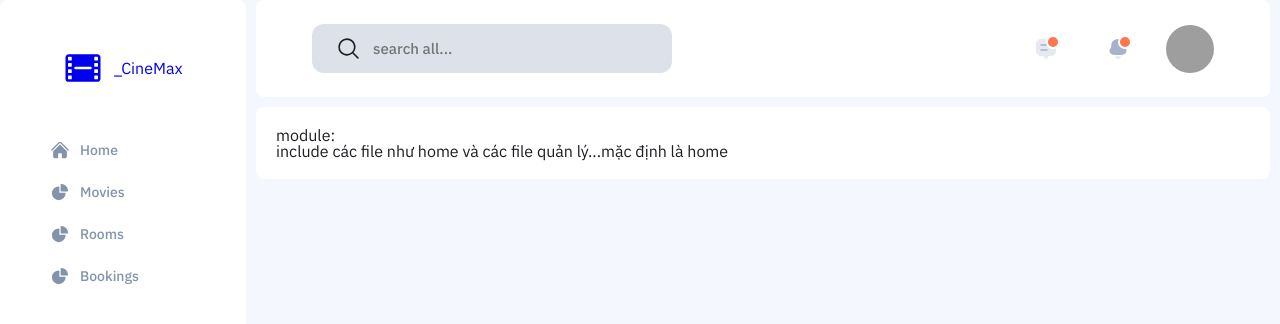
Repository: tdthinhtran961/DoAnCineMax
Page: http://localhost/admin/index.php?act=movies
These files come from the project's save history. The page is drawn as it stood at one moment and after a run of saves; the edit follows.
The browser window is 1280 px wide. The pictures show the whole page.
Pictures or frames that could not be fetched are drawn as grey boxes. The page is run by PHP 8.4 with error messages shown; the project is at /var/www/html/.

Above is the page before, as saved 2023-05-26 20:43:22.

### admin/index.php
<!DOCTYPE html>
<html lang="en">
<head>
    <meta charset="UTF-8">
    <meta http-equiv="X-UA-Compatible" content="IE=edge">
    <meta name="viewport" content="width=device-width, initial-scale=1.0">
    <title>Admin CineMax</title>

    <link rel="stylesheet" href="./index.css">

    <link rel="preconnect" href="https://fonts.googleapis.com">
    <link rel="preconnect" href="https://fonts.gstatic.com" crossorigin>
    <link href="https://fonts.googleapis.com/css2?family=IBM+Plex+Sans:wght@400;500;600;700&display=swap" rel="stylesheet">
</head>
<body>
    <div class="wrapper">
        <?php include "./view/layout/sidebar.php" ?>
        <main class="main">
            <?php include "./view/layout/topbar.php" ?>
            <div class="main-container">
                <h1>module:</h1>
                include các file như home và các file quản lý...mặc định là home
            </div>
        </main>
    </div>
</body>
</html>

### admin/view/layout/sidebar.php
<aside class="sidebar">
    <a href="#" class="logo">
        <svg xmlns="http://www.w3.org/2000/svg" viewBox="0 0 24 24" fill="currentColor" class="w-6 h-6 logo-icon">
            <path fill-rule="evenodd" d="M1.5 5.625c0-1.036.84-1.875 1.875-1.875h17.25c1.035 0 1.875.84 1.875 1.875v12.75c0 1.035-.84 1.875-1.875 1.875H3.375A1.875 1.875 0 011.5 18.375V5.625zm1.5 0v1.5c0 .207.168.375.375.375h1.5a.375.375 0 00.375-.375v-1.5a.375.375 0 00-.375-.375h-1.5A.375.375 0 003 5.625zm16.125-.375a.375.375 0 00-.375.375v1.5c0 .207.168.375.375.375h1.5A.375.375 0 0021 7.125v-1.5a.375.375 0 00-.375-.375h-1.5zM21 9.375A.375.375 0 0020.625 9h-1.5a.375.375 0 00-.375.375v1.5c0 .207.168.375.375.375h1.5a.375.375 0 00.375-.375v-1.5zm0 3.75a.375.375 0 00-.375-.375h-1.5a.375.375 0 00-.375.375v1.5c0 .207.168.375.375.375h1.5a.375.375 0 00.375-.375v-1.5zm0 3.75a.375.375 0 00-.375-.375h-1.5a.375.375 0 00-.375.375v1.5c0 .207.168.375.375.375h1.5a.375.375 0 00.375-.375v-1.5zM4.875 18.75a.375.375 0 00.375-.375v-1.5a.375.375 0 00-.375-.375h-1.5a.375.375 0 00-.375.375v1.5c0 .207.168.375.375.375h1.5zM3.375 15h1.5a.375.375 0 00.375-.375v-1.5a.375.375 0 00-.375-.375h-1.5a.375.375 0 00-.375.375v1.5c0 .207.168.375.375.375zm0-3.75h1.5a.375.375 0 00.375-.375v-1.5A.375.375 0 004.875 9h-1.5A.375.375 0 003 9.375v1.5c0 .207.168.375.375.375zm4.125 0a.75.75 0 000 1.5h9a.75.75 0 000-1.5h-9z" clip-rule="evenodd" />
        </svg>
        _CineMax
    </a>
    <ul class="menu">
        <li class="menu-item">
            <a href="index.php" class="menu-link">
                <svg xmlns="http://www.w3.org/2000/svg" viewBox="0 0 24 24" fill="currentColor" class="w-6 h-6 menu-icon">
                    <path d="M11.47 3.84a.75.75 0 011.06 0l8.69 8.69a.75.75 0 101.06-1.06l-8.689-8.69a2.25 2.25 0 00-3.182 0l-8.69 8.69a.75.75 0 001.061 1.06l8.69-8.69z" />
                    <path d="M12 5.432l8.159 8.159c.03.03.06.058.091.086v6.198c0 1.035-.84 1.875-1.875 1.875H15a.75.75 0 01-.75-.75v-4.5a.75.75 0 00-.75-.75h-3a.75.75 0 00-.75.75V21a.75.75 0 01-.75.75H5.625a1.875 1.875 0 01-1.875-1.875v-6.198a2.29 2.29 0 00.091-.086L12 5.43z" />
                </svg>
                <span class="menu-text">Home</span>
            </a>
        </li>
        <li class="menu-item">
            <a href="index.php?act=movies" class="menu-link">
                <svg xmlns="http://www.w3.org/2000/svg" viewBox="0 0 24 24" fill="currentColor" class="w-6 h-6 menu-icon">
                    <path fill-rule="evenodd" d="M2.25 13.5a8.25 8.25 0 018.25-8.25.75.75 0 01.75.75v6.75H18a.75.75 0 01.75.75 8.25 8.25 0 01-16.5 0z" clip-rule="evenodd" />
                    <path fill-rule="evenodd" d="M12.75 3a.75.75 0 01.75-.75 8.25 8.25 0 018.25 8.25.75.75 0 01-.75.75h-7.5a.75.75 0 01-.75-.75V3z" clip-rule="evenodd" />
                </svg>
                    <span class="menu-text">Movies</span>
            </a>
        </li>
        <li class="menu-item">
            <a href="index.php?act=rooms" class="menu-link">
                <svg xmlns="http://www.w3.org/2000/svg" viewBox="0 0 24 24" fill="currentColor" class="w-6 h-6 menu-icon">
                    <path fill-rule="evenodd" d="M2.25 13.5a8.25 8.25 0 018.25-8.25.75.75 0 01.75.75v6.75H18a.75.75 0 01.75.75 8.25 8.25 0 01-16.5 0z" clip-rule="evenodd" />
                    <path fill-rule="evenodd" d="M12.75 3a.75.75 0 01.75-.75 8.25 8.25 0 018.25 8.25.75.75 0 01-.75.75h-7.5a.75.75 0 01-.75-.75V3z" clip-rule="evenodd" />
                </svg>
                <span class="menu-text">Rooms</span>
            </a>
        </li>
        <li class="menu-item">
            <a href="index.php?act=bookings" class="menu-link">
            <svg xmlns="http://www.w3.org/2000/svg" viewBox="0 0 24 24" fill="currentColor" class="w-6 h-6 menu-icon">
                <path fill-rule="evenodd" d="M2.25 13.5a8.25 8.25 0 018.25-8.25.75.75 0 01.75.75v6.75H18a.75.75 0 01.75.75 8.25 8.25 0 01-16.5 0z" clip-rule="evenodd" />
                <path fill-rule="evenodd" d="M12.75 3a.75.75 0 01.75-.75 8.25 8.25 0 018.25 8.25.75.75 0 01-.75.75h-7.5a.75.75 0 01-.75-.75V3z" clip-rule="evenodd" />
            </svg>
                <span class="menu-text">Bookings</span>
            </a>
        </li>
    </ul>
</aside>

### admin/view/layout/topbar.php
<div class="topbar">
    <div class="search">
        <svg xmlns="http://www.w3.org/2000/svg" viewBox="0 0 24 24" fill="currentColor" class="w-6 h-6 search-icon">
            <path fill-rule="evenodd" d="M10.5 3.75a6.75 6.75 0 100 13.5 6.75 6.75 0 000-13.5zM2.25 10.5a8.25 8.25 0 1114.59 5.28l4.69 4.69a.75.75 0 11-1.06 1.06l-4.69-4.69A8.25 8.25 0 012.25 10.5z" clip-rule="evenodd" />
        </svg>
        <input type="text" class="search-input" placeholder="search all...">
    </div>
    <div class="topbar-right">
        <svg class="icon-message topbar-action" width="48" height="48" viewBox="0 0 48 48" fill="none" xmlns="http://www.w3.org/2000/svg">
            <path d="M14 24.97V18.99C14 16.23 16.24 14 19 14H29C31.76 14 34 16.23 34 18.99V25.97C34 28.72 31.76 30.95 29 30.95H27.5C27.19 30.95 26.89 31.1 26.7 31.35L25.2 33.34C24.54 34.22 23.46 34.22 22.8 33.34L21.3 31.35C21.14 31.13 20.78 30.95 20.5 30.95H19C16.24 30.95 14 28.72 14 25.97V24.97Z" fill="#E5EAF1"/>
            <path d="M29 20.75H19C18.59 20.75 18.25 20.41 18.25 20C18.25 19.59 18.59 19.25 19 19.25H29C29.41 19.25 29.75 19.59 29.75 20C29.75 20.41 29.41 20.75 29 20.75Z" fill="#A5B4CB"/>
            <path d="M25 25.75H19C18.59 25.75 18.25 25.41 18.25 25C18.25 24.59 18.59 24.25 19 24.25H25C25.41 24.25 25.75 24.59 25.75 25C25.75 25.41 25.41 25.75 25 25.75Z" fill="#A5B4CB"/>
            <rect x="25" y="11" width="12" height="12" rx="6" fill="#FF754C"/>
            <rect x="25" y="11" width="12" height="12" rx="6" stroke="white" stroke-width="2"/>
        </svg>
        <svg class="icon-noti topbar-action" width="48" height="48" viewBox="0 0 48 48" fill="none" xmlns="http://www.w3.org/2000/svg">
            <path d="M31.7695 23.6453C31.039 22.7923 30.7071 22.0531 30.7071 20.7972V20.3701C30.7071 18.7335 30.3304 17.6791 29.5115 16.6246C28.2493 14.987 26.1244 14 24.0442 14H23.9558C21.9194 14 19.8611 14.9417 18.577 16.5128C17.7133 17.5884 17.2929 18.6882 17.2929 20.3701V20.7972C17.2929 22.0531 16.9828 22.7923 16.2305 23.6453C15.6769 24.2738 15.5 25.0815 15.5 25.9557C15.5 26.8309 15.7872 27.6598 16.3637 28.3336C17.116 29.1413 18.1785 29.6569 19.2638 29.7466C20.835 29.9258 22.4063 29.9933 24.0005 29.9933C25.5937 29.9933 27.165 29.8805 28.7372 29.7466C29.8215 29.6569 30.884 29.1413 31.6363 28.3336C32.2118 27.6598 32.5 26.8309 32.5 25.9557C32.5 25.0815 32.3231 24.2738 31.7695 23.6453Z" fill="#A5B4CB"/>
            <path d="M26.0087 31.2283C25.5088 31.1215 22.4626 31.1215 21.9627 31.2283C21.5353 31.327 21.0732 31.5566 21.0732 32.0602C21.098 32.5406 21.3793 32.9646 21.7689 33.2335L21.7679 33.2345C22.2718 33.6273 22.8631 33.877 23.4823 33.9667C23.8123 34.012 24.1482 34.01 24.4901 33.9667C25.1083 33.877 25.6996 33.6273 26.2035 33.2345L26.2025 33.2335C26.5921 32.9646 26.8734 32.5406 26.8982 32.0602C26.8982 31.5566 26.4361 31.327 26.0087 31.2283Z" fill="#E5EAF1"/>
            <rect x="25" y="11" width="12" height="12" rx="6" fill="#FF754C"/>
            <rect x="25" y="11" width="12" height="12" rx="6" stroke="white" stroke-width="2"/>
        </svg>
        <div class="profile">
            <img class="" src="https://images.unsplash.com/photo-1600486913747-55e5470d6f40?ixlib=rb-4.0.3&ixid=M3wxMjA3fDB8MHxzZWFyY2h8MTd8fG1hbnxlbnwwfHwwfHx8MA%3D%3D&auto=format&fit=crop&w=800&q=60" alt="">
        </div>
    </div>
</div>

### admin/index.css
/* start css reset */
*,
*:before,
*:after {
  box-sizing: border-box;
}
* {
  margin: 0;
  padding: 0;
  font: inherit;
}
img,
picture,
svg,
video {
  display: block;
  max-width: 100%;
}
input,
select,
textarea {
  background-color: transparent;
  outline: none;
}
button {
  cursor: pointer;
  background-color: transparent;
  outline: none;
  border: 0;
}
body {
  min-height: 100vh;
  font-weight: 400;
  font-size: 16px;
  line-height: 1;
}
a {
  text-decoration: none;
}
ul, ol {
  list-style-type: none;
}
/* end css reset */
body {
  font-family: "IBM Plex Sans", sans-serif;
  color: hsl(220, 10%, 12%);
  text-rendering: optimizeLegibility;
  -webkit-font-smoothing: antialiased;
  -moz-osx-font-smoothing: grayscale;
}
.wrapper {
  max-width: 1440px;
  margin: 0 auto;
  background-color: #F5F7FF;
  display: grid;
  grid-template-columns: 256px minmax(0, 1fr);
  min-height: 100vh;
}

/* start sidebar */
.sidebar {
  background-color: white;
  padding: 48px 30px;
  margin-right: 10px;
  border-radius: 8px;
  height: auto;
}
.logo {
  display: flex;
  align-items: center;
  justify-content: center;
  gap: 10px;
  margin-bottom: 44px;
}
.logo-icon {
  width: 40px;
  height: 40px;
}
.menu {
  display: flex;
  flex-direction: column;
  gap: 6px;
}
.menu-icon {
  width: 20px;
  height: 20px;
}
.menu-link {
  display: flex;
  align-items: center;
  gap: 10px;
  color: hsl(215, 19%, 59%);
  font-size: 14px;
  line-height: 143%;
  font-weight: 500;
  padding: 8px 30px 8px 20px;
  border-radius: 12px;
}
.menu-link:hover {
  background: linear-gradient(92.29deg, #415EF4 0.33%, #7141EF 28.14%);
  color: white;
}
/* end css sidebar */
/* start css topbar */
.topbar {
  padding: 24px 56px;
  background-color: white;
  display:flex;
  justify-content: space-between;
  align-items: center;
  margin: 0 10px 10px 0;
  border-radius: 8px;
}
.search {
  padding: 12px 24px;
  border-radius: 12px;
  display: flex;
  align-items: center;
  gap: 12px;
  background-color: hsl(217, 24%, 89%);
  flex: 0 1 360px;
}
.search-icon {
  width: 25px;
  height: 25px;
}
.search-input {
  background-color: transparent;
  border: none;
  font-weight: 500;
  font-size: 15px;
  color: hsl(248, 57%, 60%);
  caret-color: hsl(248, 57%, 60%);
  flex: 1;
}
.topbar-right {
  display: flex;
  align-items: center;
  gap: 24px;
  flex-shrink: 0;
}
.topbar-action{
  flex-shrink: 0;
}
.profile {
  width: 48px;
  height: 48px;
  flex-shrink: 0;
}
.profile img {
  border-radius: 100rem;
  width: 100%;
  height: 100%;
  object-fit: cover;
  flex-shrink: 0;
}
/* end css topbar */
/* star css main-container */
.main-container {
  background-color: white;
  border-radius: 8px;
  padding: 20px;
  margin-right: 10px;
}

After the next 5 saves:
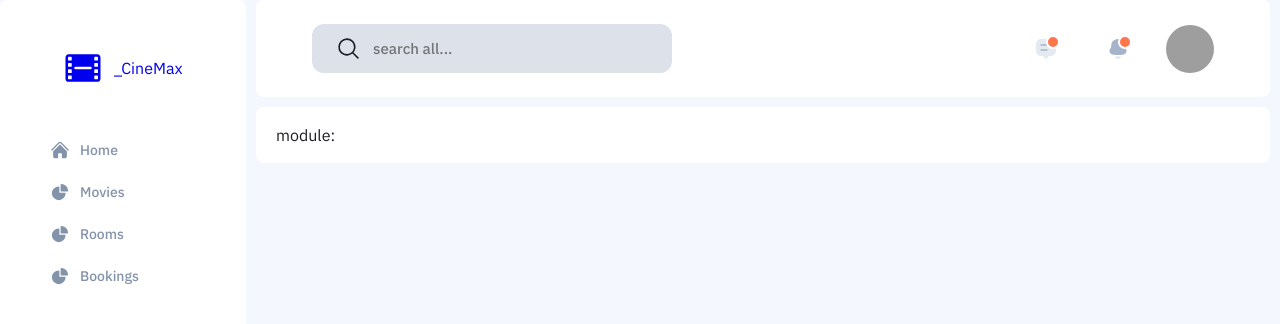
The 5 saves are shown as one change because they came seconds apart.
The last was saved 2 min 29 s later.
--- a/admin/index.php
+++ b/admin/index.php
@@ -19,7 +19,9 @@
             <?php include "./view/layout/topbar.php" ?>
             <div class="main-container">
                 <h1>module:</h1>
-                include các file như home và các file quản lý...mặc định là home
+                <?php
+
+                ?>
             </div>
         </main>
     </div>
